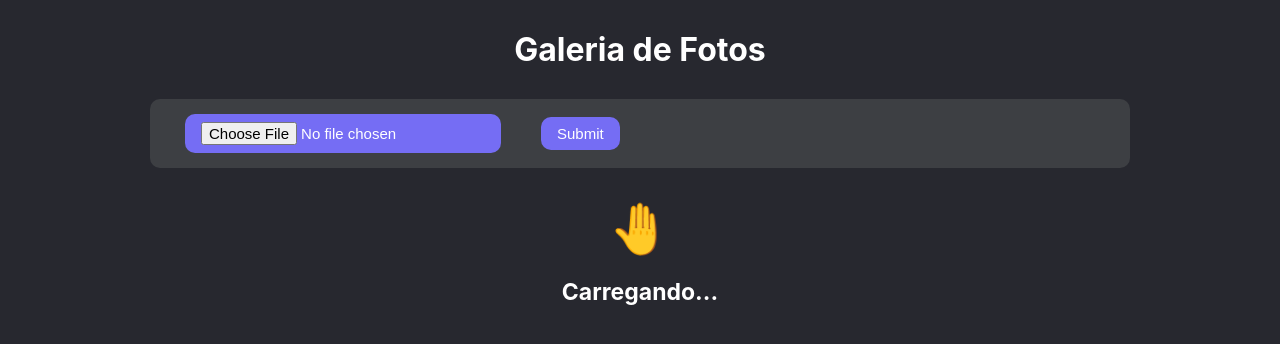
Repository: igorribery/gallery
Page: /
An editor plug-in stored every save of this project. The page is shown before and after the next save, followed by the edit.
The browser window is 1280 px wide. The pictures show the whole page.
The page's requests for data from a server got no answer. The project was rebuilt for these pictures with package versions that can differ from the ones it lists, and the page was loaded fresh each time. No one was signed in, and anything a server would have sent is missing. Also part of the build but not shown: src/components/PhotoItem/styles.ts, src/components/PhotoItem/index.tsx.

Above is the page before, as saved 2023-01-19 18:43:15.

### src/App.tsx
import * as C from './App.styles';
import * as Photos from './services/photos';
import { useState, useEffect, FormEvent } from 'react';
import { Photo } from './types/Photo';
import { PhotoItem } from './components/PhotoItem';


const App = () => {

  const [loading, setLoading] = useState(false);
  const [uploading, setUpLoading] = useState(false);
  const [photos, setPhotos] = useState<Photo[]>([]);

  useEffect(() => {
    const getPhotos = async () => {
      setLoading(true);

      setPhotos(await Photos.getAll());

      setLoading(false);
    }
    getPhotos();
  }, []);

  const handleFormSubmit = async (e: FormEvent<HTMLFormElement>) => {
    e.preventDefault();

    const formData = new FormData(e.currentTarget);
    const file = formData.get('image') as File;

    if(file && file.size > 0) {

      setUpLoading(true);
      let result = await Photos.insert(file);
      setUpLoading(false);

      if(result instanceof Error) {

        alert(`${result.name} - ${result.message}`)

      } else {

        let newPhotoList = [...photos];
        newPhotoList.push(result);
        setPhotos(newPhotoList);
      }
    }

  }



  return (
    <C.Container>
      <C.Area>
        <C.Header>Galeria de Fotos</C.Header>

        <C.UploadForm method="POST" onSubmit={handleFormSubmit}>
            <input type='file' name='image' />
            <input type='submit' name='Enviar' />

            {uploading && "Enviando..."}

        </C.UploadForm>

        {loading &&
            <C.ScreenWarning>
              <div className='emoji'>🤚</div>
              <div className='loading'>Carregando...</div>
            </C.ScreenWarning>
        }

        {!loading && photos.length > 0 &&
          <C.PhotoList>
              {photos.map((item, index) => (
                <PhotoItem
                  key={index}
                  name={item.name}
                  url={item.url}
                />
              ))}
          </C.PhotoList>
        }

        {!loading && photos.length === 0 &&
            <C.ScreenWarning>
              <div className='emoji'>😢</div>
              <div className='loading'>Não há fotos cadastradas.</div>
            </C.ScreenWarning>
        }
      </C.Area>
    </C.Container>
  )
}

export default App;

### src/App.styles.ts
import styled from "styled-components";

export const Container = styled.div`
    background-color: #27282F;
    color: #FFF;
    min-height: 100vh;

`;

export const Area = styled.div`
    margin: auto;
    max-width: 980px;
    padding: 30px 0;

`;

export const Header = styled.h1`
    margin: 0;
    padding: 0;
    text-align: center;
    margin-bottom: 30px;
`;

export const ScreenWarning = styled.div`
    text-align: center;

    .emoji {
        font-size: 50px;
        margin-bottom: 20px;
    }
    .loading {
        font-size: 23px;
        font-weight: bold;
    }
`;

export const PhotoList = styled.div`
    display: grid;
    grid-template-columns: repeat(4, 1fr);
    gap: 10px;
`;

export const UploadForm = styled.form`
    background-color: #3D3F43;
    padding: 15px;
    border-radius: 10px;
    margin-bottom: 30px;

    input[type=submit] {
        background-color: #756DF4;
        border: 0;
        color: #FFF;
        padding: 8px 16px;
        font-size: 15px;
        border-radius: 10px;
        margin: 0 20px;
        cursor: pointer;

        &:hover {
            opacity: .8;
        }
    }
    input[type=file] {
        background-color: #756DF4;
        border: 0;
        color: #FFF;
        padding: 8px 16px;
        font-size: 15px;
        border-radius: 10px;
        margin: 0 20px;

`;

### src/services/photos.ts
import { Photo } from "../types/Photo";
import { storage } from '../libs/firebase';
import { ref, listAll, getDownloadURL, uploadBytes } from 'firebase/storage';
import { v4 as createId} from 'uuid';

export const getAll = async () => {

    let list: Photo[] = [];

    const imagesFolder = ref(storage, "images");
    const photoList = await listAll(imagesFolder);

    for(let i in photoList.items) {
        let photoUrl = await getDownloadURL(photoList.items[i]);

        list.push({
            name: photoList.items[i].name,
            url: photoUrl
        });
    }
    return list;
}

export const insert = async (file: File) => {
    if(['image/jpeg', 'image/jpg', 'image/png'].includes(file.type)) {

        let randomName = createId();
        let newFile = ref(storage, `images/${randomName}`)

        let upload = await uploadBytes(newFile, file);
        let photourl = await getDownloadURL(upload.ref)


        return { name: upload.ref.name, url: photourl } as Photo;


    } else {
        return new Error('Tipo de arquivo não permitido.')
    }

}

### src/libs/firebase.ts
import { initializeApp } from 'firebase/app';
import { getStorage } from 'firebase/storage';

const firebaseConfig = {
    apiKey: process.env.REACT_APP_FIREBASE_APIKEY,
    authDomain: process.env.REACT_APP_FIREBASE_AUTHDOMAIN,
    projectId: process.env.REACT_APP_FIREBASE_PROJECTID,
    storageBucket: process.env.REACT_APP_FIREBASE_STORAGEBUCKET,
    messagingSenderId: process.env.REACT_APP_FIREBASE_MESSAGINGSENDERID,
    appId: process.env.REACT_APP_FIREBASE_APPID
  };

  const firebaseApp = initializeApp(firebaseConfig);

  export const storage = getStorage(firebaseApp);

Loaded but not shown: public/index.html (common file); src/index.tsx (common file); src/index.css (common file); src/reportWebVitals.ts (common file)

After the next save:
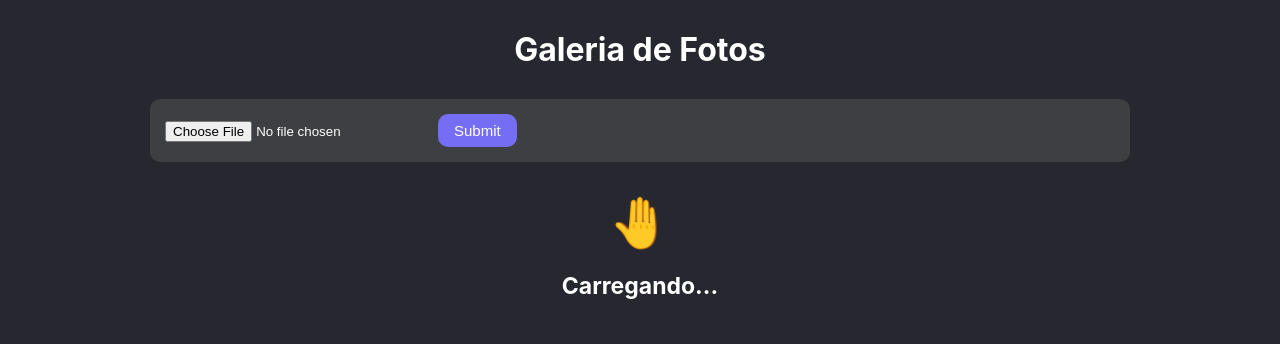
Saved 16 s later.
--- a/src/App.styles.ts
+++ b/src/App.styles.ts
@@ -60,13 +60,6 @@ export const UploadForm = styled.form`
             opacity: .8;
         }
     }
-    input[type=file] {
-        background-color: #756DF4;
-        border: 0;
-        color: #FFF;
-        padding: 8px 16px;
-        font-size: 15px;
-        border-radius: 10px;
-        margin: 0 20px;
+
 
 `;
